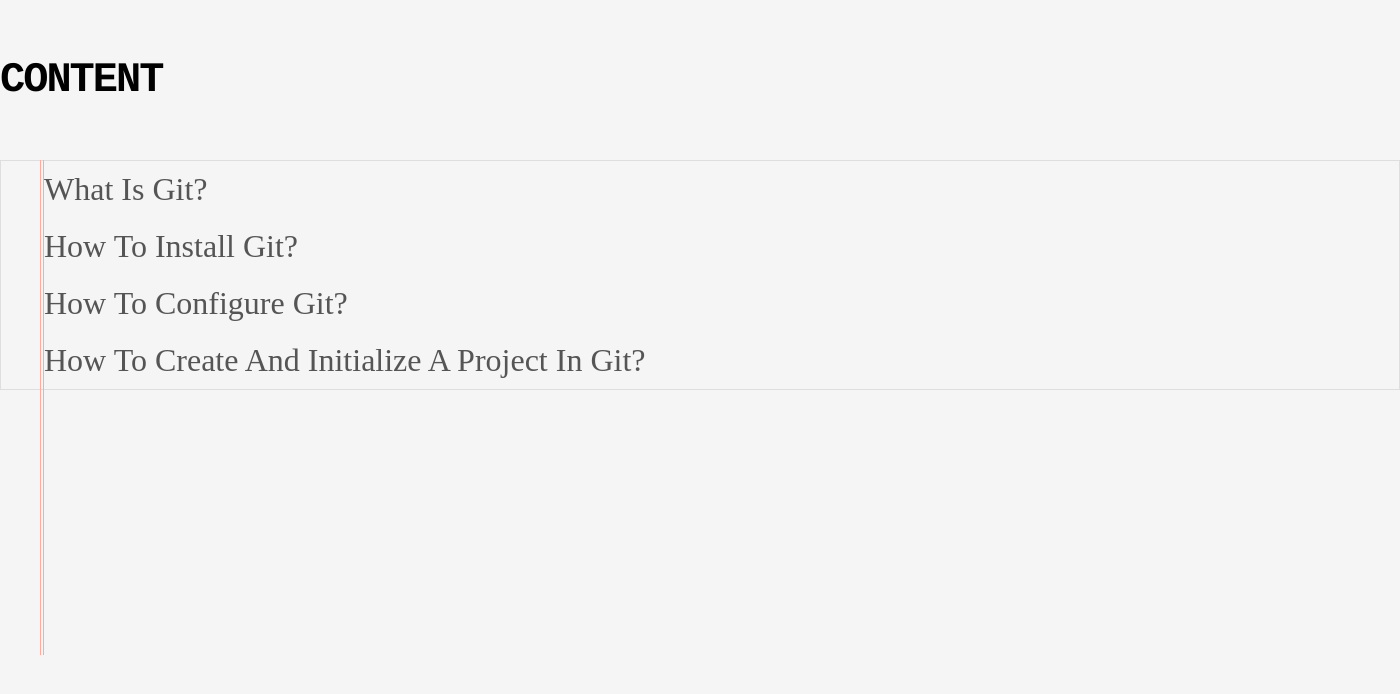
Repository: dev-singh-kanyal/Archive-git_github
Page: index.html
These files come from the project's save history. The page is drawn as it stood at one moment and after the next save; the edit follows.
The browser window is 1280 px wide. The page is 1400 px wide, so the pictures cover 1400 px, including what lies to the right of the window. The pictures show the whole page.
Some web fonts or font styles are not loaded; a fallback is used.

Above is the page before, as saved 2022-06-24 15:55:54.

### index.html
<!DOCTYPE HTML>
<html>

<head>
   <meta charset="UTF-8">
   <title>Dev's Notebook</title>
   <link rel="stylesheet" href="style.css">
   <link href="https://fonts.googleapis.com/css2?family=Reenie+Beanie&display=swap" rel="stylesheet">
</head>

<body>

    <h4>CONTENT</h4>

    <div class="lines"></div>

    <ul class="list">
      <li><a href="/src/what is git.html">What is Git?</a></li>
      <li><a href="/src/How to install Git.html">How to install Git?</a></li>
      <li><a href="/src/How to configure Git.html">How to configure Git?</a></li>
      <li><a href="/src/How to Create and Initialize a Project in Git.html">How to Create and Initialize a Project in Git?</a></li>
      <!-- <li><a href="/src/what is git.html">What is Git?</a></li> -->

    </ul>

</body>
</html>

### style.css
body {
    background-color: #f5f5f5;
    width: 1400px;
    margin: 0 auto;
    padding: 0;
  }
  h4 {
    color: #000000;
    font-size: 42px;
    letter-spacing: -2px;
    font-family: courier, monospace;
    text-align: left;
  }
  a {
    text-decoration: none;
    color: inherit;
  }
  .list {
    color: #555;
    /* font-size: 22px; */
    padding: 0 !important;
    width: auto;
    font-family: 'Reenie Beanie';
    font-size: 2rem;
    border: 1px solid #dedede;
  }
  .list li {
    list-style: none;
    border-bottom: 1px dotted rgb(0, 0, 0)
    text-indent: 25px;
    height: auto;
    padding: 10px;
    text-transform: capitalize;
  }
  .list li:hover {
    background-color: #f0f0f0;
    -webkit-transition: all 0.2s;
    -moz-transition:    all 0.2s;
    -ms-transition:     all 0.2s;
    -o-transition:      all 0.2s;
  }
  .lines {
    border-left: 1px solid #ffaa9f;
    border-right: 1px solid #ffaa9f;
    width: 2px;
    float: left;
    height: 495px;
    margin-left: 40px;
  }

After the next save:
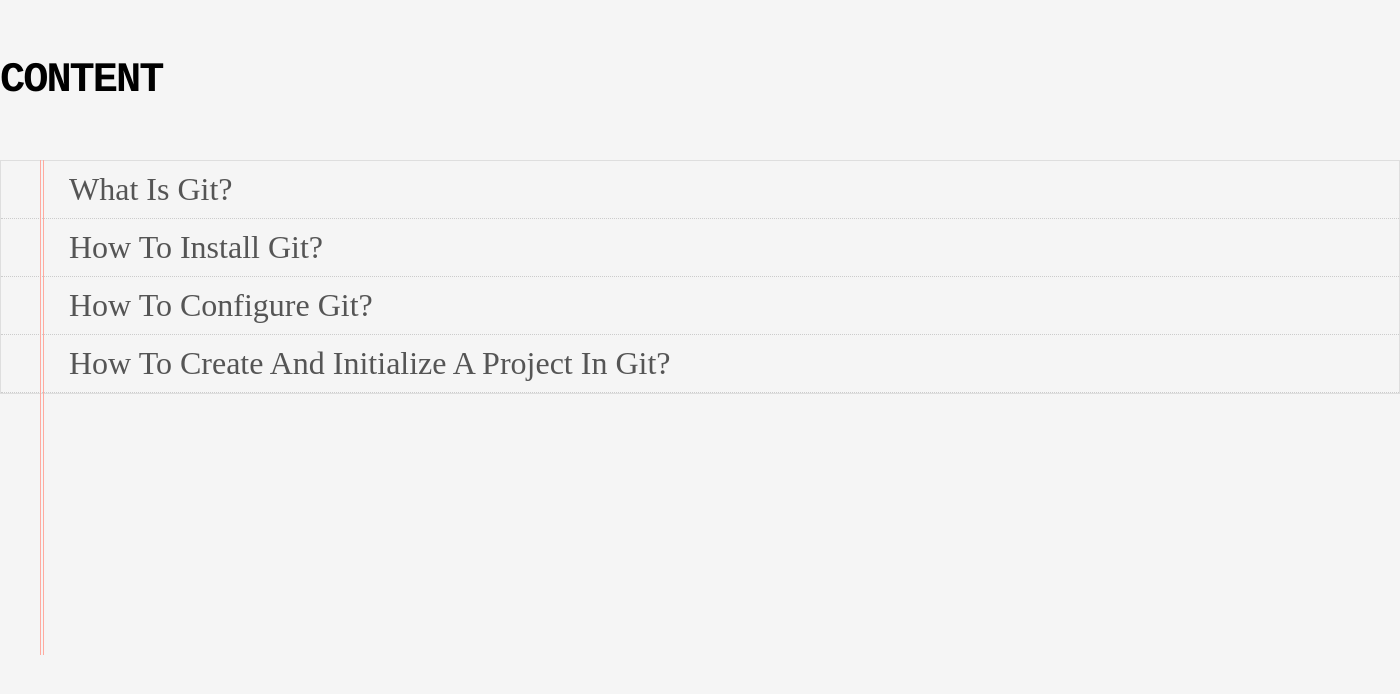
Saved 10 s later.
--- a/style.css
+++ b/style.css
@@ -26,7 +26,7 @@
   }
   .list li {
     list-style: none;
-    border-bottom: 1px dotted rgb(0, 0, 0)
+    border-bottom: 1px dotted #ccc;
     text-indent: 25px;
     height: auto;
     padding: 10px;
